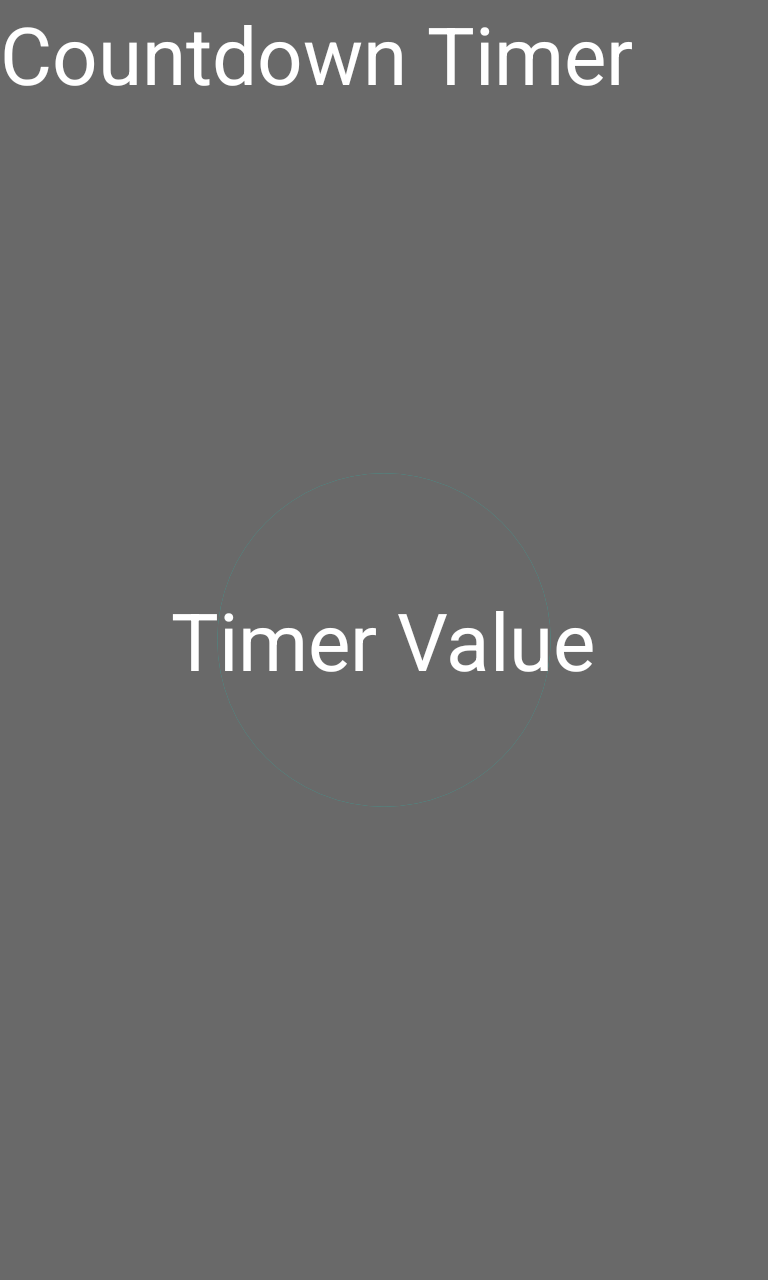
Repository: Hannanina/GuessTag
Layout: GuessTag/res/layout/activity_timer.xml
These files come from the project's save history. The layout is drawn as it stood at one moment and after the next save; the edit follows.
It is drawn on a 768 x 1280 px phone screen (xhdpi) without system bars, with theme AppTheme; the app's code is not run.

Above is the layout before, as saved 2014-12-18 14:16:15.

After the next save:
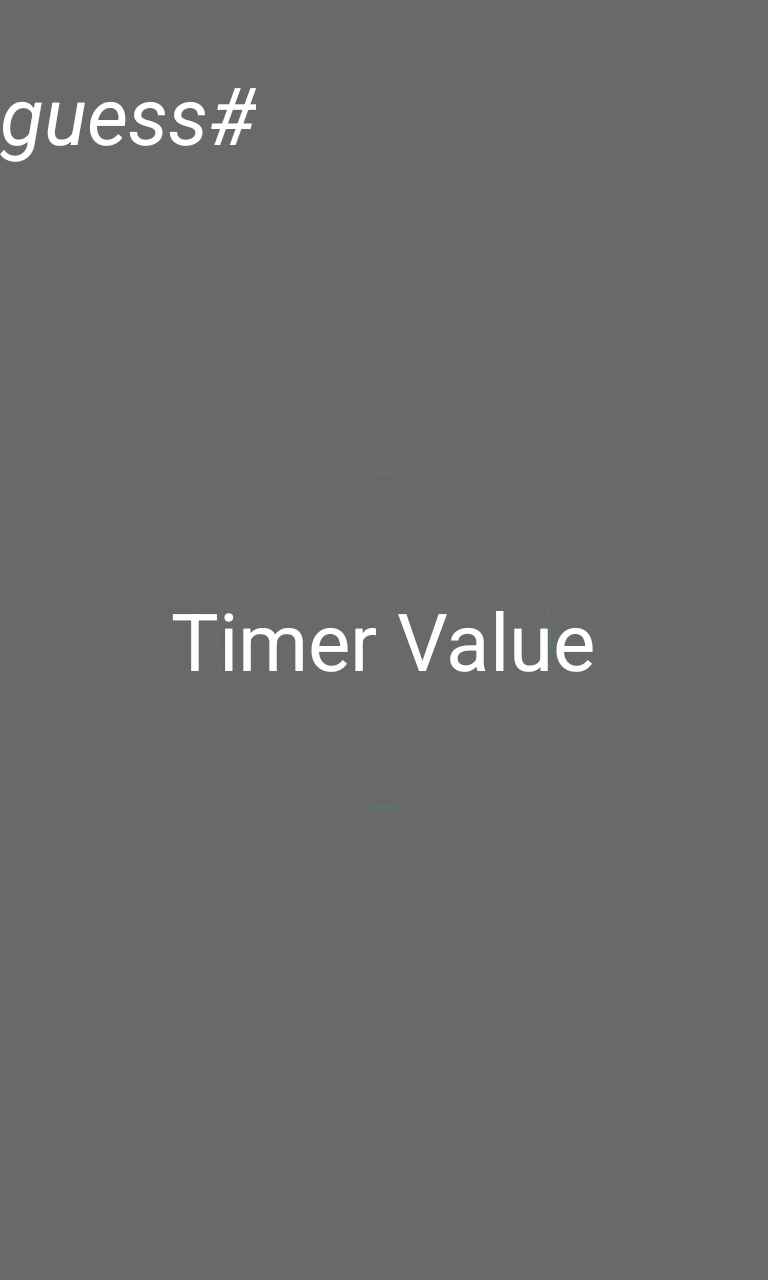
Saved 4 min 37 s later.
--- a/GuessTag/res/layout/activity_timer.xml
+++ b/GuessTag/res/layout/activity_timer.xml
@@ -6,14 +6,16 @@
     android:layout_height="fill_parent" >
 
     <TextView
-       android:id="@+id/timer_heading"
-       android:layout_width="fill_parent"
-       android:layout_height="wrap_content"
-       android:layout_gravity="center"
-       android:textSize="40sp"
-       android:textColor="@color/White"
-       android:text="@string/timer_heading" >
-
+        android:id="@+id/timer_heading"
+        android:layout_marginTop="30dp"
+        android:layout_marginBottom="15dp"
+        android:layout_width="wrap_content"
+	    android:layout_height="wrap_content"
+	    android:layout_gravity="center"
+	    android:text="@string/start_heading"
+	    android:textStyle="italic"
+	    android:textSize="40sp"
+	    android:textColor="@color/White">
     </TextView>
 
     <ProgressBar
